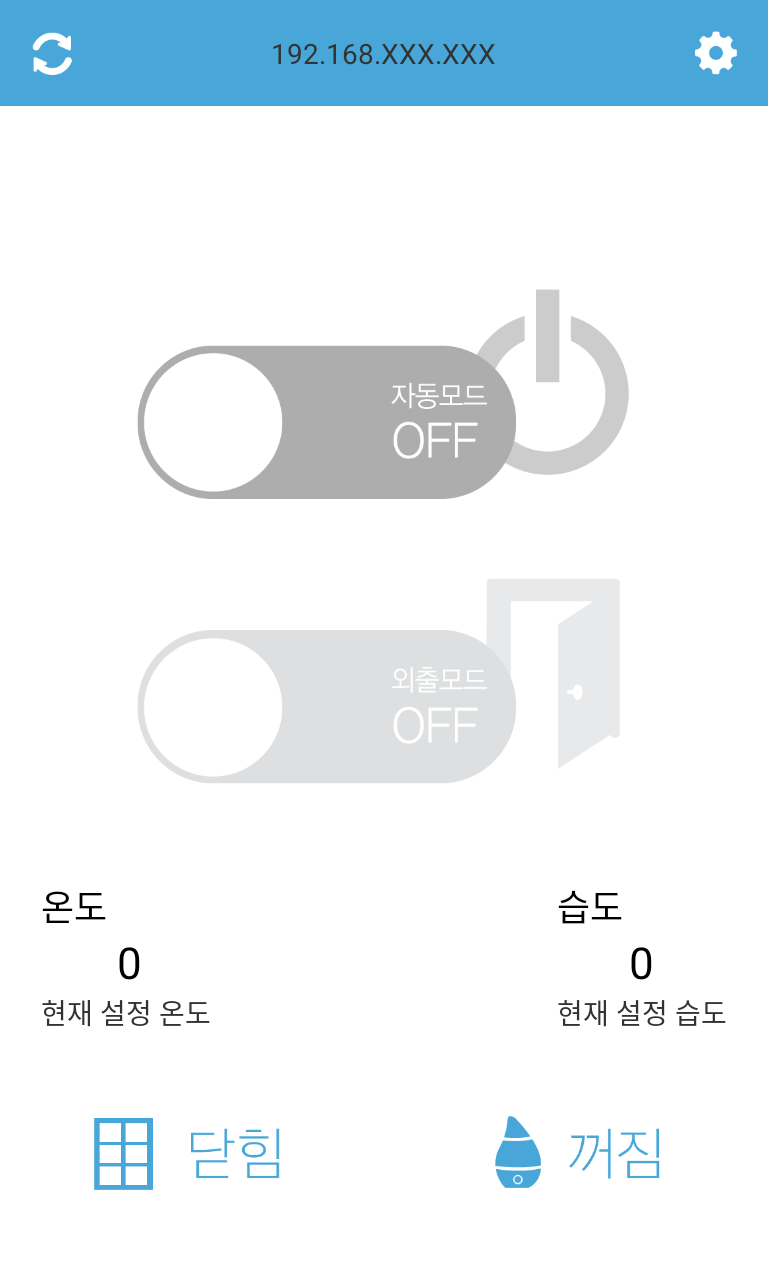
Repository: YeoeunJeong/SinNaYeo
Layout: sny_android/SinNaYeoAndroid/res/layout/activity_sin_na_yeo_main.xml
The author's editor kept a copy of each file at every save. The layout is drawn from the files as they stood at one save, then again after the next save.
It is drawn on a 768 x 1280 px phone screen (xhdpi) without system bars, with theme android:Theme.Holo.Light.NoActionBar; the app's code is not run.

Above is the layout before, as saved 2015-09-24 19:39:26.

### sny_android/SinNaYeoAndroid/res/layout/activity_sin_na_yeo_main.xml
<LinearLayout xmlns:android="http://schemas.android.com/apk/res/android"
    xmlns:tools="http://schemas.android.com/tools"
    android:id="@+id/LinearLayout1"
    android:layout_width="match_parent"
    android:layout_height="match_parent"
    android:orientation="vertical"
    tools:context=".SinNaYeoMainActivity" >

    <RelativeLayout
        android:layout_width="match_parent"
        android:layout_height="53dp "
        android:background="#48A7d8" >

        <ImageButton
            android:id="@+id/main_renew_btn"
            android:layout_width="wrap_content"
            android:layout_height="wrap_content"
            android:layout_alignParentLeft="true"
            android:layout_gravity="center_vertical"
            android:layout_marginLeft="15dp"
            android:layout_marginTop="15dp"
            android:background="#00ff0000"
            android:onClick="mOnClick"
            android:src="@drawable/btn_main_renew" />

        <ImageButton
            android:id="@+id/main_setting_btn"
            android:layout_width="wrap_content"
            android:layout_height="wrap_content"
            android:layout_alignParentRight="true"
            android:layout_marginRight="15dp"
            android:layout_marginTop="15dp"
            android:background="#00ff0000"
            android:src="@drawable/btn_main_setting" />

        <TextView
            android:id="@+id/main_ip_tv"
            android:layout_width="wrap_content"
            android:layout_height="wrap_content"
            android:layout_centerHorizontal="true"
            android:layout_centerVertical="true"
            android:text="192.168.XXX.XXX" />
    </RelativeLayout>

    <RelativeLayout
        android:layout_width="match_parent"
        android:layout_height="match_parent"
        android:orientation="vertical" >

        <TextView
            android:id="@+id/main_outing_tv"
            android:layout_width="wrap_content"
            android:layout_height="wrap_content"
            android:layout_alignParentTop="true"
            android:layout_centerHorizontal="true"
            android:layout_marginTop="30dp"
            android:text="외출 관리는 2시간 후에 시작됩니다."
            android:visibility="invisible" />

        <ImageButton
            android:id="@+id/main_automode_btn"
            android:layout_width="wrap_content"
            android:layout_height="wrap_content"
            android:layout_centerHorizontal="true"
            android:layout_marginTop="86.33dp"
            android:background="#00ff0000"
            android:src="@drawable/btn_auto_off" />

        <ImageButton
            android:id="@+id/main_outing_btn"
            android:layout_width="wrap_content"
            android:layout_height="wrap_content"
            android:layout_below="@id/main_automode_btn"
            android:layout_centerHorizontal="true"
            android:layout_marginTop="28.67dp"
            android:background="#00ff0000"
            android:onClick="mOnClick"
            android:src="@drawable/btn_outing_nonclickable" />

        <ImageButton
            android:id="@+id/main_humidifier_btn"
            android:layout_width="wrap_content"
            android:layout_height="wrap_content"
            android:layout_alignParentBottom="true"
            android:layout_alignParentRight="true"
            android:layout_marginBottom="32.33dp"
            android:layout_marginRight="20.67dp"
            android:background="#00ff0000"
            android:onClick="mOnClick"
            android:src="@drawable/btn_humid_off" />

        <ImageButton
            android:id="@+id/main_window_btn"
            android:layout_width="wrap_content"
            android:layout_height="wrap_content"
            android:layout_alignParentBottom="true"
            android:layout_alignParentLeft="true"
            android:layout_marginBottom="32.33dp"
            android:layout_marginLeft="20.67dp"
            android:background="#00ff0000"
            android:onClick="mOnClick"
            android:src="@drawable/btn_window_closed" />

        <LinearLayout
            android:layout_width="wrap_content"
            android:layout_height="wrap_content"
            android:layout_above="@id/main_window_btn"
            android:layout_alignParentLeft="true"
            android:layout_marginBottom="32.33dp"
            android:layout_marginLeft="20.67dp"
            android:orientation="vertical" >

            <TextView
                android:layout_width="wrap_content"
                android:layout_height="wrap_content"
                android:text="온도"
                android:textAppearance="?android:attr/textAppearanceMedium" />

            <TextView
                android:id="@+id/main_now_temper_tv"
                android:layout_width="wrap_content"
                android:layout_height="wrap_content"
                android:layout_gravity="center"
                android:text="0"
                android:textAppearance="?android:attr/textAppearanceLarge" />

            <TextView
                android:id="@+id/main_set_temper_tv"
                android:layout_width="wrap_content"
                android:layout_height="wrap_content"
                android:text="현재 설정 온도 "
                android:textAppearance="?android:attr/textAppearanceSmall" />
        </LinearLayout>

        <LinearLayout
            android:layout_width="wrap_content"
            android:layout_height="wrap_content"
            android:layout_above="@id/main_humidifier_btn"
            android:layout_alignParentRight="true"
            android:layout_marginBottom="32.33dp"
            android:layout_marginRight="20.67dp"
            android:orientation="vertical" >

            <TextView
                android:layout_width="wrap_content"
                android:layout_height="wrap_content"
                android:text="습도"
                android:textAppearance="?android:attr/textAppearanceMedium" />

            <TextView
                android:id="@+id/main_now_humid_tv"
                android:layout_width="wrap_content"
                android:layout_height="wrap_content"
                android:layout_gravity="center"
                android:text="0"
                android:textAppearance="?android:attr/textAppearanceLarge" />

            <TextView
                android:id="@+id/main_set_humid_tv"
                android:layout_width="wrap_content"
                android:layout_height="wrap_content"
                android:text="현재 설정 습도"
                android:textAppearance="?android:attr/textAppearanceSmall" />
        </LinearLayout>
    </RelativeLayout>

</LinearLayout>

After the next save:
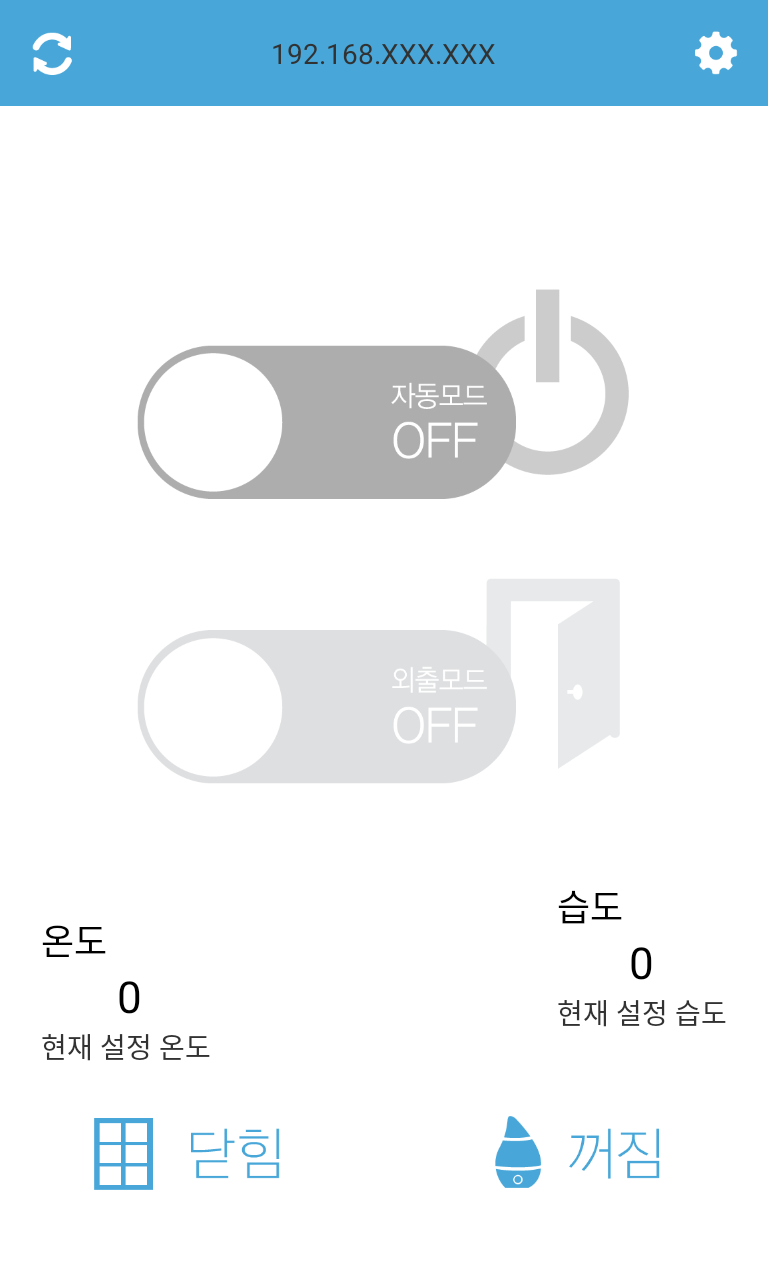
Saved 22 s later.
--- a/sny_android/SinNaYeoAndroid/res/layout/activity_sin_na_yeo_main.xml
+++ b/sny_android/SinNaYeoAndroid/res/layout/activity_sin_na_yeo_main.xml
@@ -106,7 +106,7 @@
             android:layout_height="wrap_content"
             android:layout_above="@id/main_window_btn"
             android:layout_alignParentLeft="true"
-            android:layout_marginBottom="32.33dp"
+            android:layout_marginBottom="15.33dp"
             android:layout_marginLeft="20.67dp"
             android:orientation="vertical" >
 
